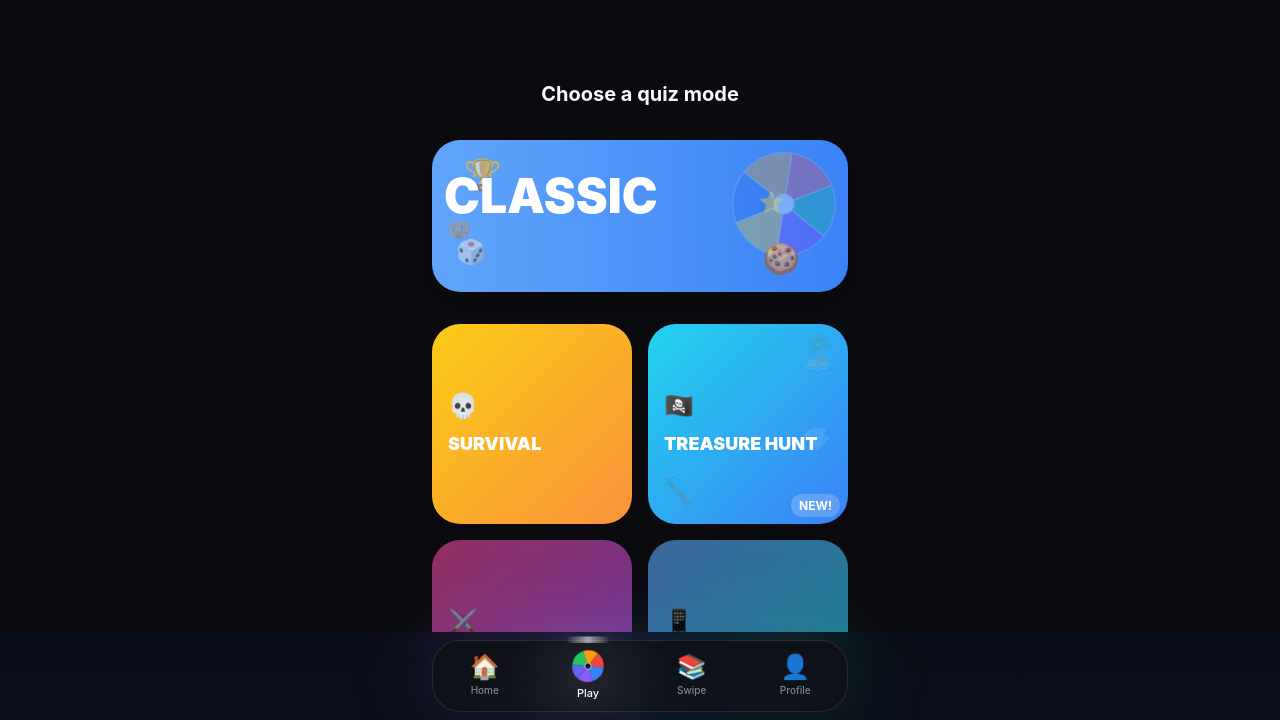
Repository: nirmaldas07/quizify-app
Page: /play
The author's editor kept a copy of each file at every save. The page is drawn from the files as they stood at one save, then again after the next save.
The browser window is 1280 px wide. The pictures show the whole page.
An inner scrolling area shows only its first screen. The project was rebuilt for these pictures with package versions that can differ from the ones it lists, and the page was loaded fresh each time. Some packages were replaced by stand-ins written for this rebuild. Also part of the build but not shown: src/components/Shared/CoinFly.jsx, src/components/GameSystem/AvatarDisplay.jsx, src/components/GameSystem/XPBar.jsx, src/components/GameSystem/EnergyMeter.jsx, src/utils/categories.js, src/components/Home/HeroCard.jsx, src/components/Home/QuickActions.jsx, src/components/Home/CategoryGrid.jsx and 44 more.

Above is the page before, as saved 2025-08-31 23:11:29.

After the next save:
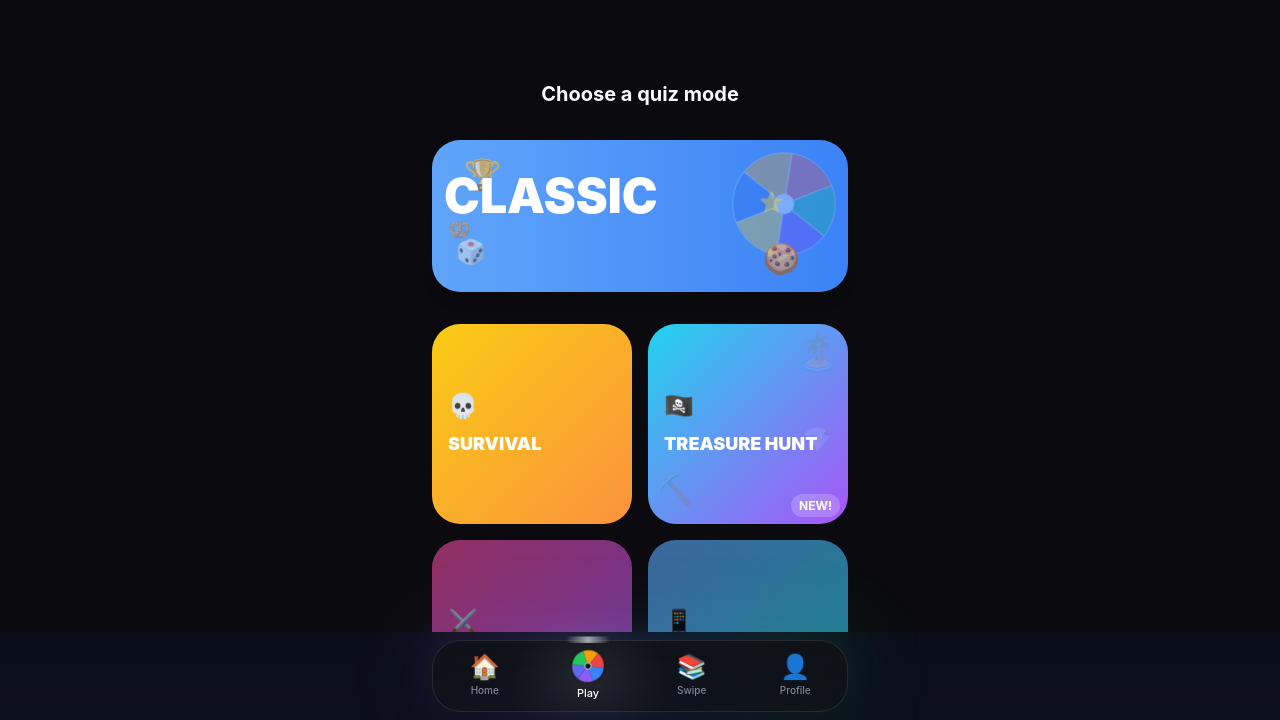
Saved 60 s later.
--- a/src/components/Play/PlayHome.jsx
+++ b/src/components/Play/PlayHome.jsx
@@ -76,7 +76,7 @@ function ModesGrid({ onModeSelect, onNavigateHome }) {
 
             <button
               onClick={() => onModeSelect('treasureHunt')}
-              className="aspect-square rounded-3xl bg-gradient-to-br from-cyan-400 to-blue-500 p-4 text-left hover:shadow-xl transition-all active:scale-[0.98] relative overflow-hidden"
+              className="aspect-square rounded-3xl bg-gradient-to-br from-cyan-400 to-purple-500 p-4 text-left hover:shadow-xl transition-all active:scale-[0.98] relative overflow-hidden"
             >
               {/* Animated island background */}
               <div className="absolute inset-0 opacity-20">
